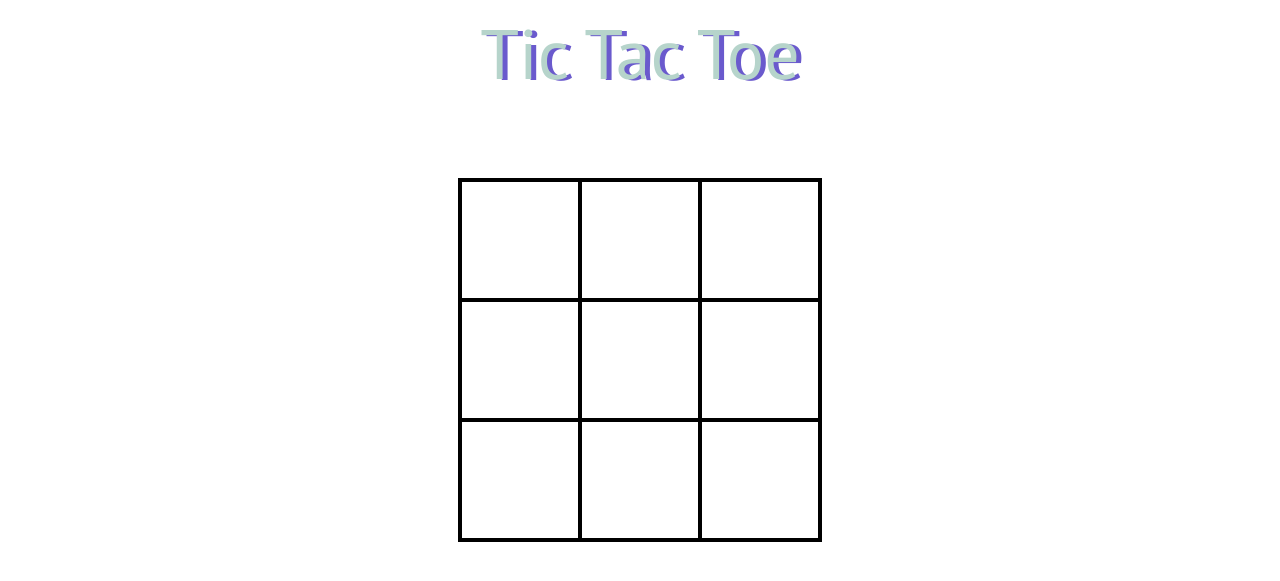
Repository: chin9/TicTacToe
Page: index.html
These files come from the project's save history. The page is drawn as it stood at one moment and after the next save; the edit follows.
The browser window is 1280 px wide. The pictures show the whole page.

Above is the page before, as saved 2021-05-15 19:12:34.

After the next save:
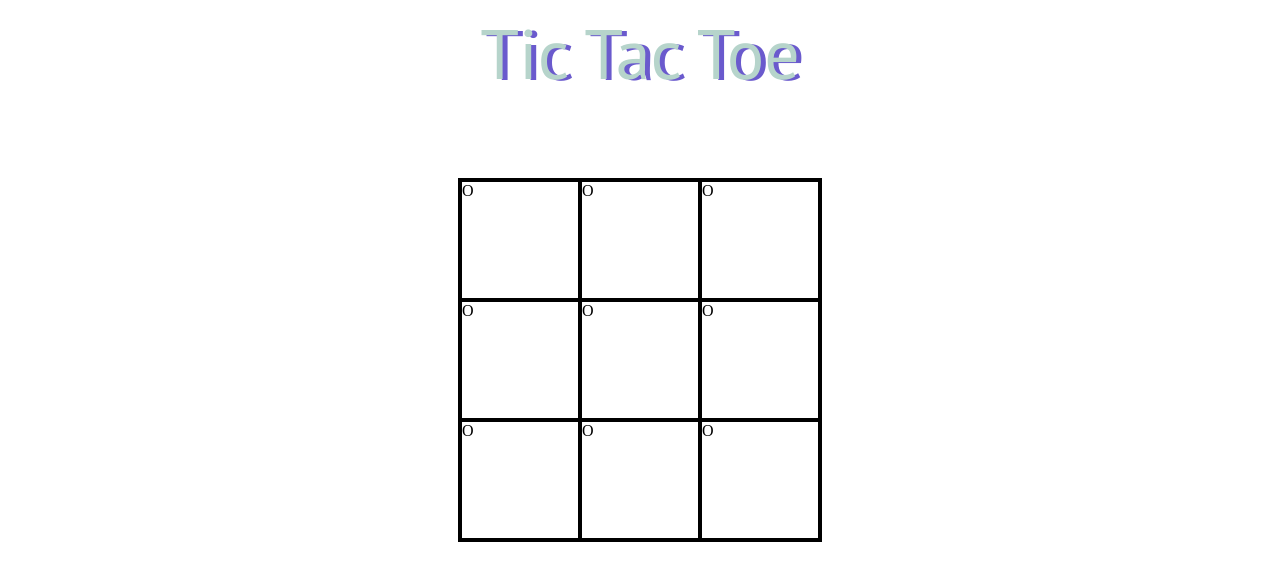
Saved 97 s later.
--- a/script.js
+++ b/script.js
@@ -9,7 +9,9 @@
     function renderBoard() {
 
         for (let i = 0; i < 9; i++) {
-            console.log(i);
+            const grid = document.getElementById(`${i}`);
+
+            grid.textContent = 'O';
         }
 
     };

After the save that followed:
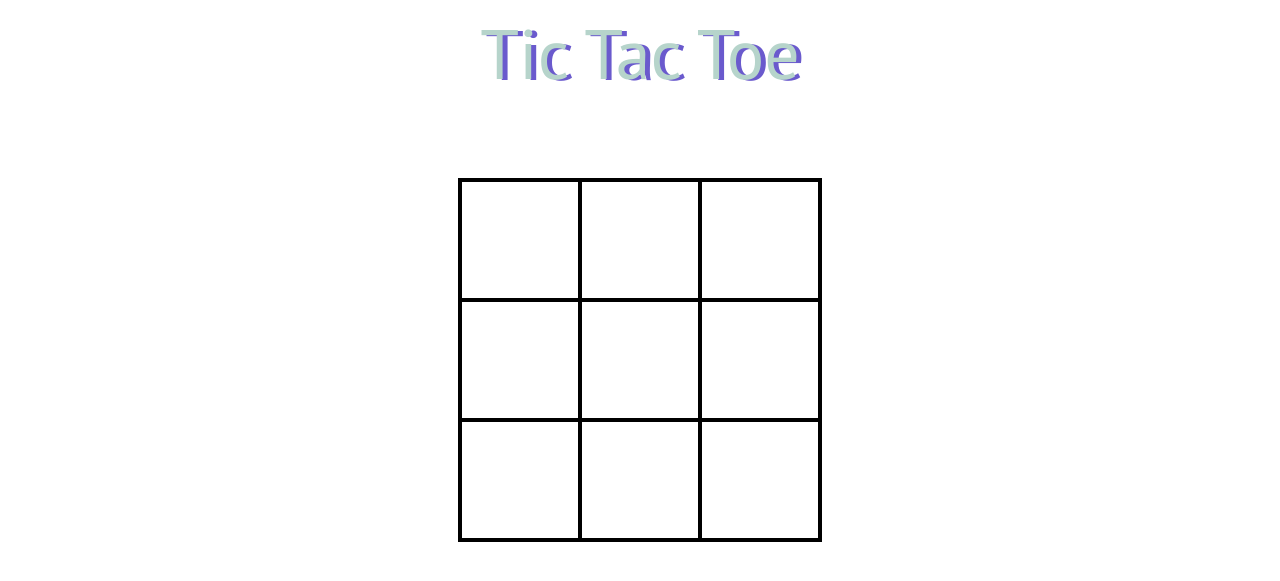
Saved 24 s later.
--- a/script.js
+++ b/script.js
@@ -11,7 +11,7 @@
         for (let i = 0; i < 9; i++) {
             const grid = document.getElementById(`${i}`);
 
-            grid.textContent = 'O';
+            // grid.textContent = 'O';
         }
 
     };
